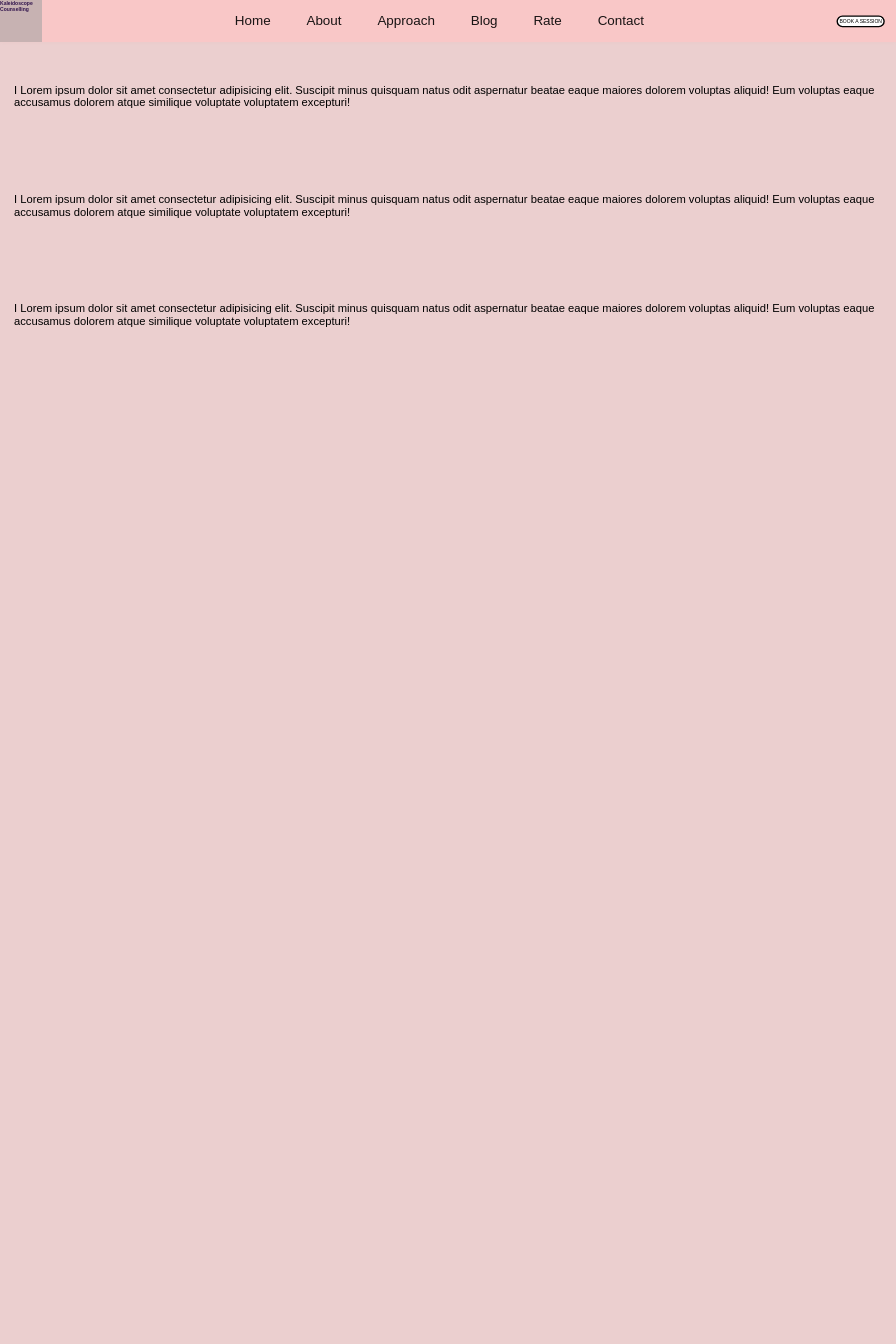
Repository: voutadi/ava-website
Page: index.html
The author's editor kept a copy of each file at every save. The page is drawn from the files as they stood at one save, then again after a run of saves.
The browser window is 1280 px wide. The pictures show the part of the page from y = 0 to 1920 px (the page is 3120 px tall), at 70% of full size.
The pointer rests on the first visible `button`.

Above is the page before, as saved 2024-07-04 02:10:31.

After the next 2 saves:
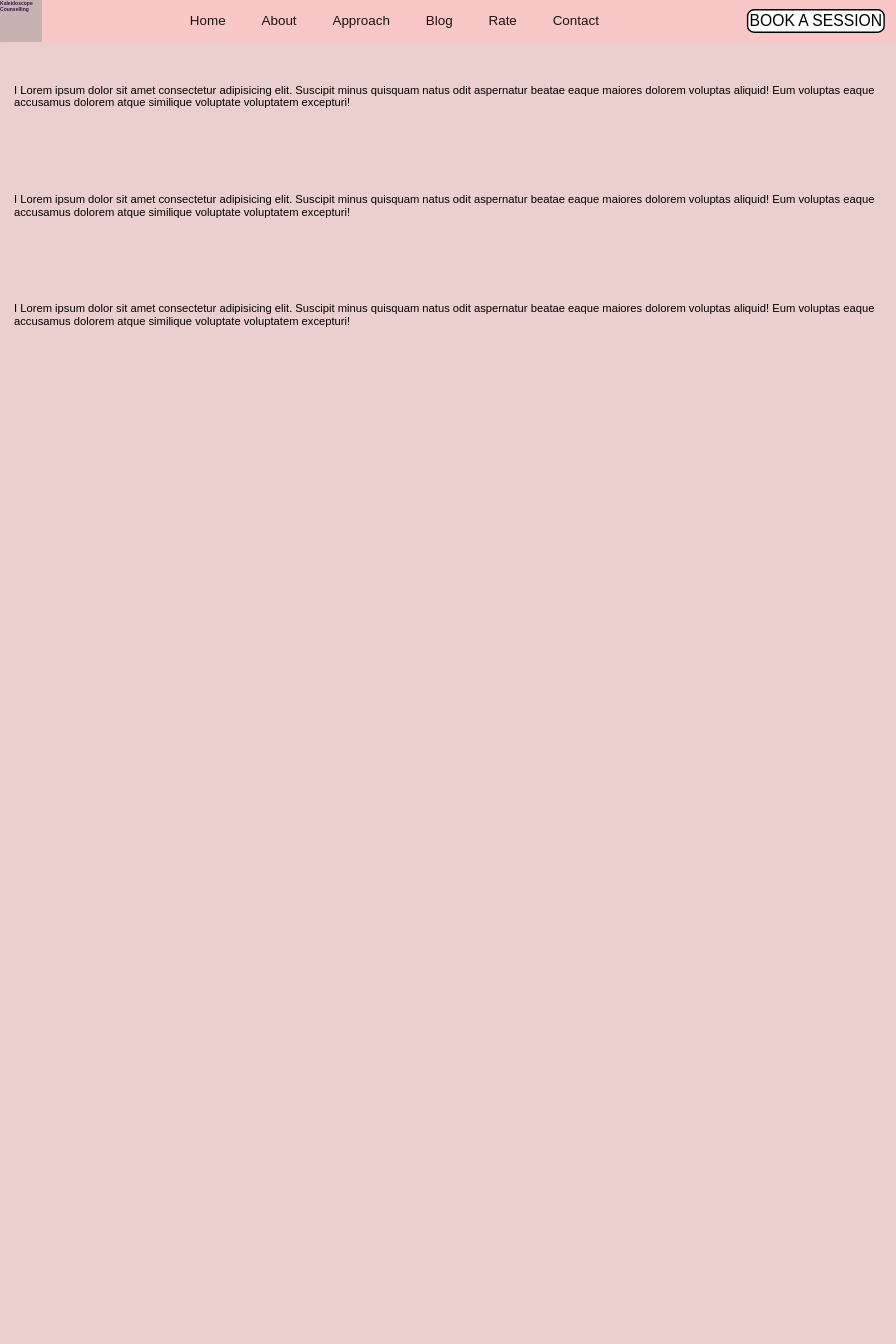
The 2 saves are shown as one change because they came seconds apart.
The last was saved 7 s later.
--- a/styles/style.css
+++ b/styles/style.css
@@ -192,12 +192,12 @@
     border-radius: 10px;
   }
   button:hover {
-    font-size: rem;
-    padding: 2px;
-  }
-  button:active {
-    padding: 3px;
-  }
-
-
-}
+    font-size: 1.4rem;
+    padding: 2px;
+  }
+  button:active {
+    padding: 3px;
+  }
+
+
+}
